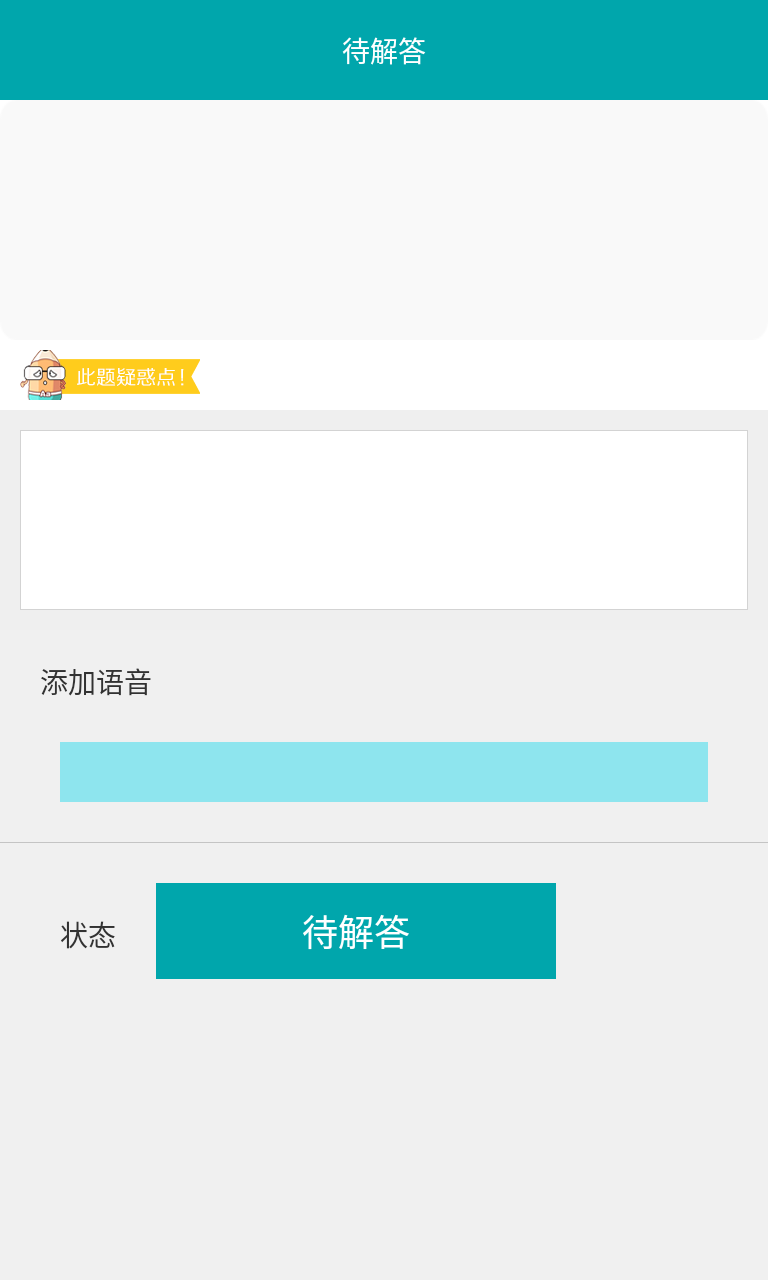
Repository: 2015-Forever/JWD
Layout: Jwd/res/layout/activity_un_answer.xml
These files come from the project's save history. The layout is drawn as it stood at one moment and after the next save; the edit follows.
It is drawn on a 768 x 1280 px phone screen (xhdpi) without system bars, with theme AppTheme; the app's code is not run.

Above is the layout before, as saved 2015-07-16 05:52:12.

After the next save:
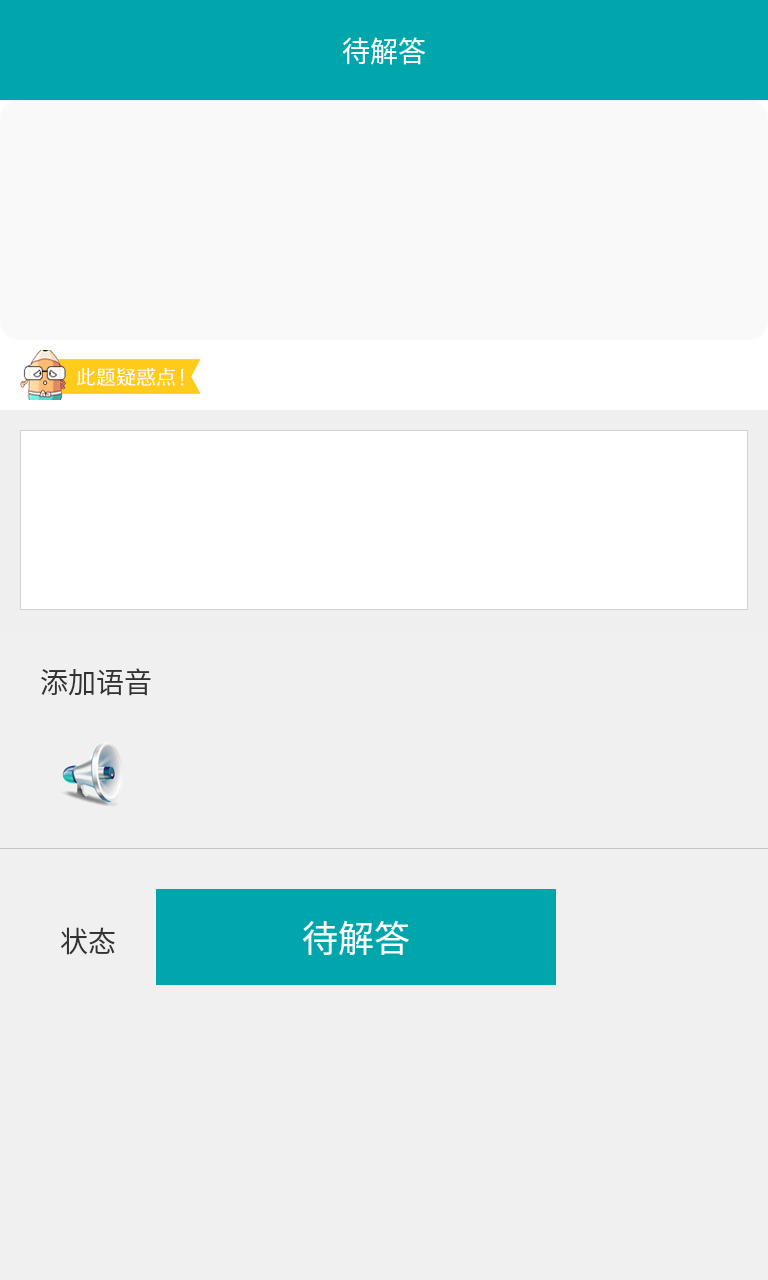
Saved 56 s later.
--- a/Jwd/res/layout/activity_un_answer.xml
+++ b/Jwd/res/layout/activity_un_answer.xml
@@ -71,12 +71,12 @@
             android:text="添加语音" />
 
         <ImageView
-            android:layout_width="match_parent"
-            android:layout_height="30dp"
+            android:layout_width="wrap_content"
+            android:layout_height="wrap_content"
             android:layout_marginLeft="30dp"
             android:layout_marginRight="30dp"
             android:layout_marginTop="20dp"
-            android:background="#8EE5EE" />
+            android:background="@drawable/sound_icon" />
 
         <TextView
             android:layout_width="match_parent"
